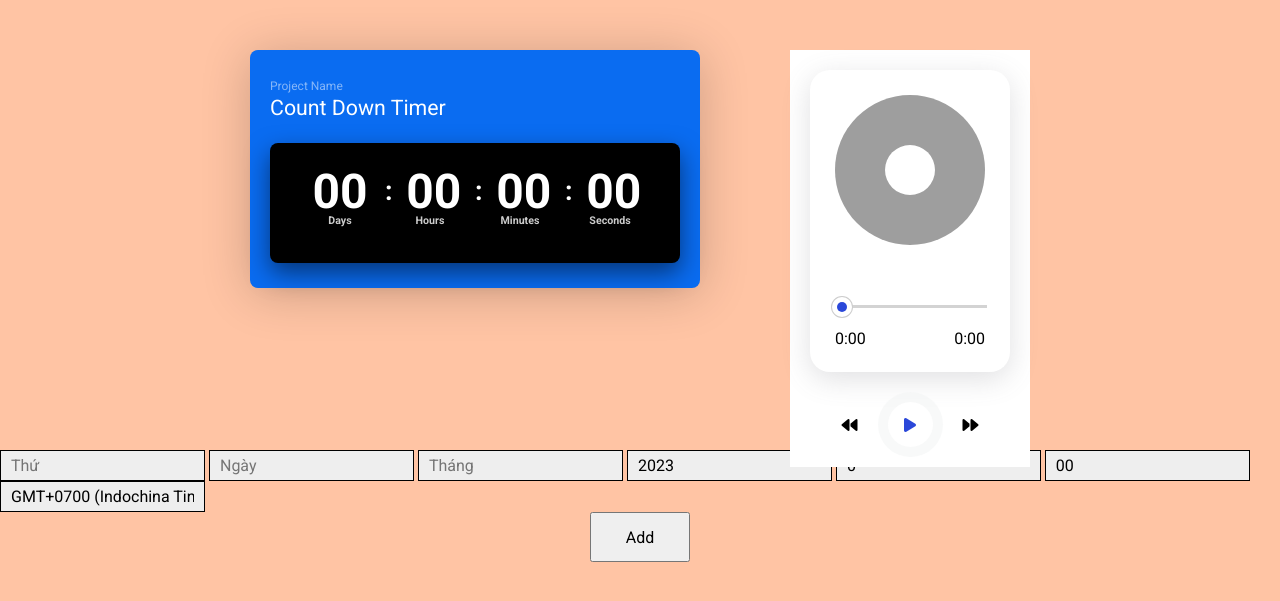
Repository: thuanpham00/CountDownTimer
Page: index.html
The author's editor kept a copy of each file at every save. The page is drawn from the files as they stood at one save, then again after the next save.
The browser window is 1280 px wide. The pictures show the whole page.
Pictures or frames that could not be fetched are drawn as grey boxes. Some web libraries are served in a nearby version. The style sheet was rebuilt from its Sass, Less or Tailwind sources for each picture, by a compiler version that may differ from the author's.

Above is the page before, as saved 2023-09-27 15:33:34.

After the next save:
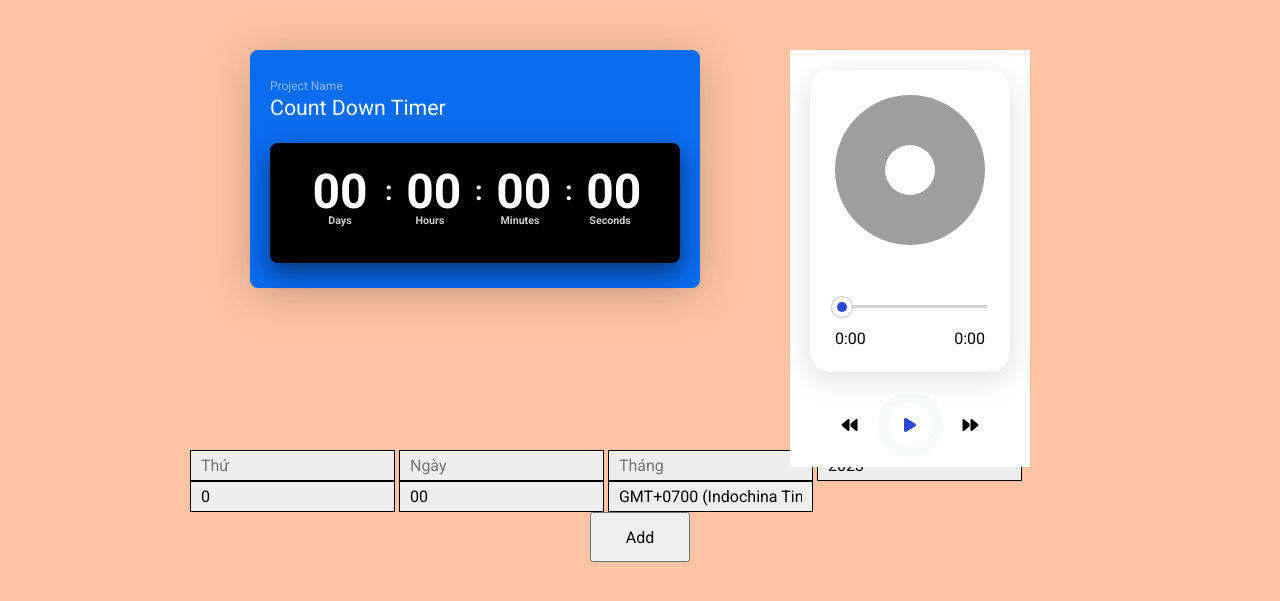
Saved 18 s later.
--- a/scss/main.scss
+++ b/scss/main.scss
@@ -382,7 +382,7 @@ body {
 
 .form-timer {
     margin: 50px auto 0;
-    max-width: 1500px;
+    max-width: 900px;
 
     input {
         padding: 5px 10px;
